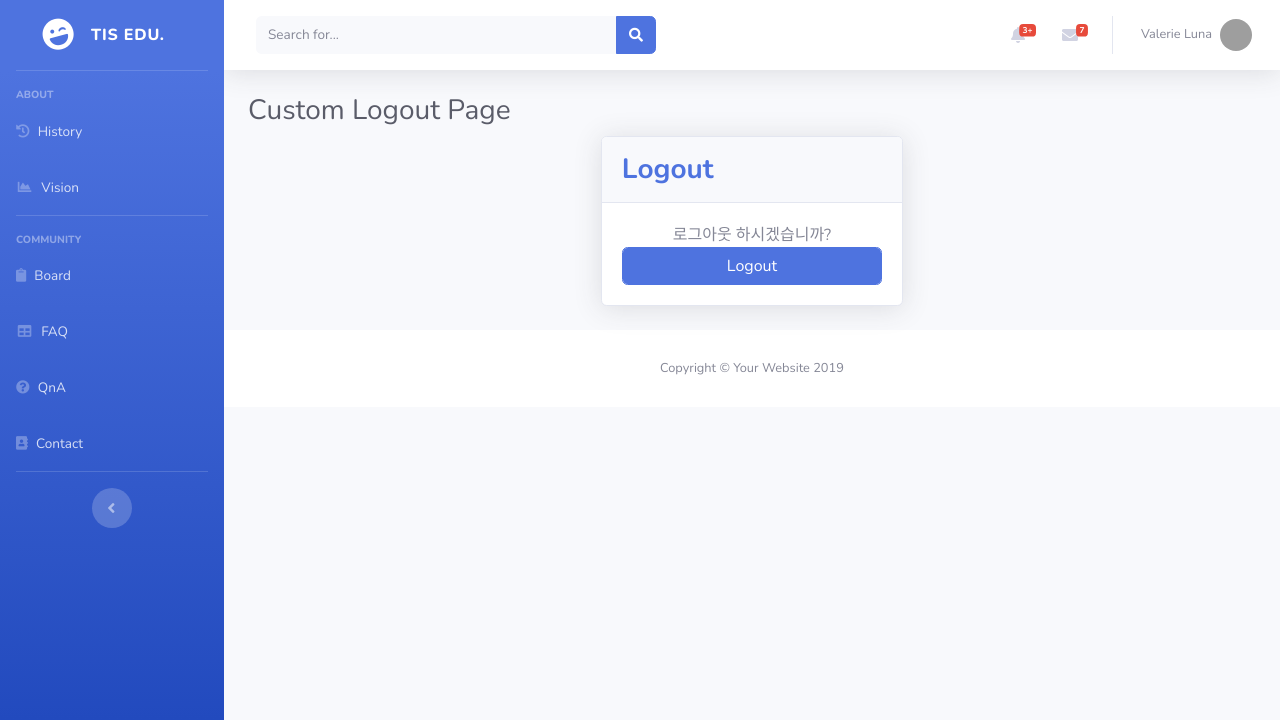
Repository: dkfagh/Spring_WS_2019
Page: http://localhost/ex02/WEB-INF/views/customLogout.jsp
These files come from the project's save history. The page is drawn as it stood at one moment and after the next save; the edit follows.
The browser window is 1280 px wide. The pictures show the whole page.
Pictures or frames that could not be fetched are drawn as grey boxes. The page is served by Tomcat 9. Nobody is signed in. The template is opened directly, without the code that normally fills it, so the values that code supplies are empty.

Above is the page before, as saved 2020-01-15 02:40:15.

After the next save:
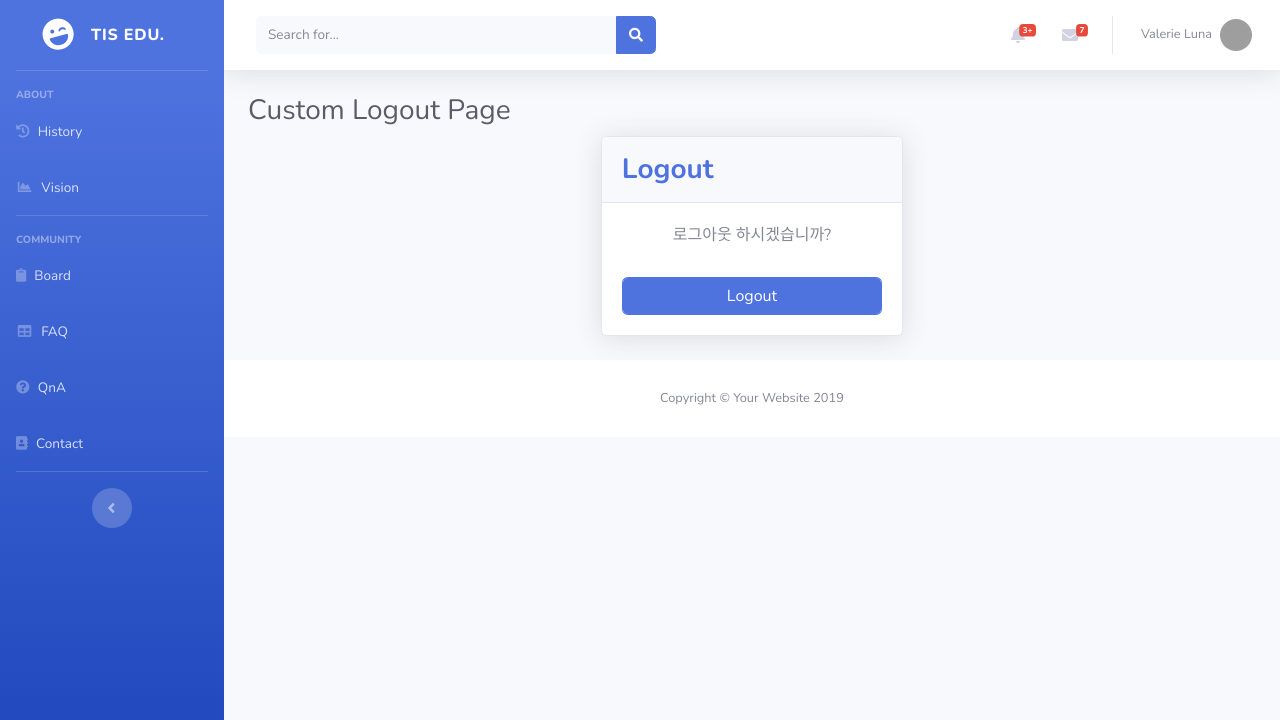
Saved 18 s later.
--- a/ex02/src/main/webapp/WEB-INF/views/customLogout.jsp
+++ b/ex02/src/main/webapp/WEB-INF/views/customLogout.jsp
@@ -19,7 +19,7 @@
 			<div class="card-body">
 
 				<form action="/customLogout" method="post">
-					<div style="text-align:center;">로그아웃 하시겠습니까?</div>
+					<div style="text-align:center; padding-bottom:30px;">로그아웃 하시겠습니까?</div>
 					<input type="hidden" name="${_csrf.parameterName }" value="${_csrf.token }" />
 					<button class="form-control btn btn-primary" >Logout</button>
 				</form>
